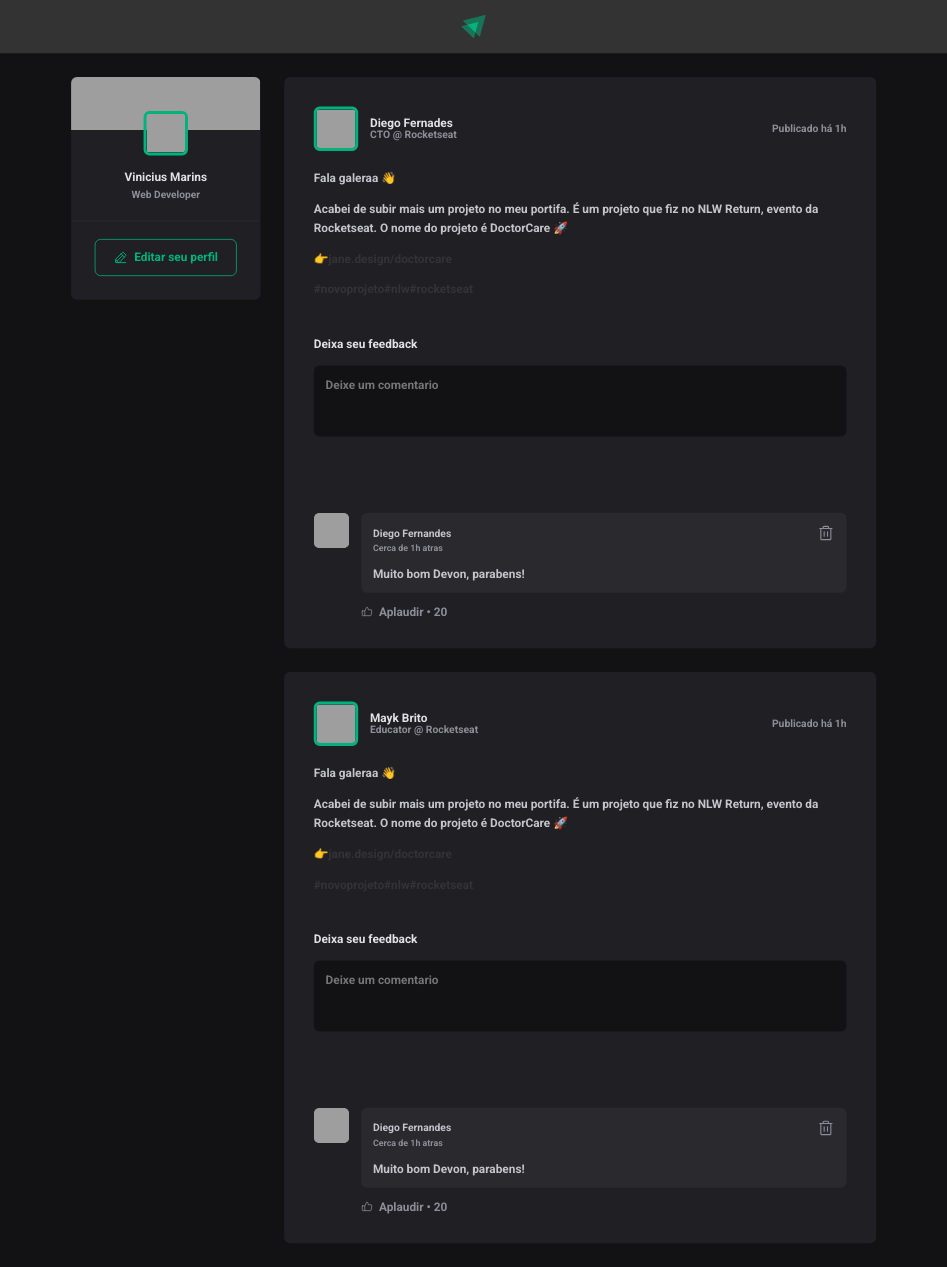
Repository: viniimartins/reactFundamentosRocketseat
Page: /
An editor plug-in stored every save of this project. The page is shown before and after a run of saves, followed by the edit.
The browser window is 1280 px wide. The pictures show the whole page, at 74% of full size.
Pictures or frames that could not be fetched are drawn as grey boxes. The project was rebuilt for these pictures with package versions that can differ from the ones it lists, and the page was loaded fresh each time. Also part of the build but not shown: vite.config.js.

Above is the page before, as saved 2023-05-02 13:26:25.

### index.html
<!DOCTYPE html>
<html lang="en">
  <head>
    <meta charset="UTF-8" />

    <link rel="preconnect" href="https://fonts.googleapis.com">
    <link rel="preconnect" href="https://fonts.gstatic.com" crossorigin>

    <link rel="icon" type="image/svg+xml" href="/vite.svg" />
    <meta name="viewport" content="width=device-width, initial-scale=1.0" />


    <link href="https://fonts.googleapis.com/css2?family=Montserrat&family=Roboto:wght@700&display=swap" rel="stylesheet">


    <title>Vite + React</title>
  </head>
  <body>
    <div id="root"></div>
    <script type="module" src="/src/main.jsx"></script>
  </body>
</html>

### src/App.jsx
import { Header } from './Components/Header'
import { Sidebar } from './Components/Sidebar'
import { Post } from './Components/Post'

import styles from './App.module.css'

import './global.css'

// author : { avatar_url: "", name: "", role: ""}
// publishedAt: Date
// content : String




const posts = [
  {
    id: 1,
    author: {
      avatarUrl: 'https://avatars.githubusercontent.com/u/84347013?v=4',
      name: "Diego Fernades",
      role: 'CTO @ Rocketseat'
    },
    content: [
      { type: 'paragraph', content: "Fala galeraa 👋", },
      { type: 'paragraph', content: "Acabei de subir mais um projeto no meu portifa. É um projeto que fiz no NLW Return, evento da Rocketseat. O nome do projeto é DoctorCare 🚀," },
      { type: 'link', content: 'jane.design/doctorcare' },
    ],
    publishedAt: new Date('2023-05-02 20:00:00')
  },
  {
    id: 2,
    author: {
      avatarUrl: 'https://github.com/maykbrito.png',
      name: "Mayk Brito",
      role: 'Educator @ Rocketseat'
    },
    content: [
      { type: 'paragraph', content: "Fala galeraa 👋", },
      { type: 'paragraph', content: "Acabei de subir mais um projeto no meu portifa. É um projeto que fiz no NLW Return, evento da Rocketseat. O nome do projeto é DoctorCare 🚀," },
      { type: 'link', content: 'jane.design/doctorcare' },
    ],
    publishedAt: new Date('2023-05-04 20:00:00')
  },
];


function App() {
  return (
    <>
      <div>
        <Header />

        <div className={styles.wrapper}>
          <Sidebar />
          <main>
            {posts.map(post => {
              return (
                <Post
                  key={post.id}
                  author={post.author}
                  content={post.content}
                  publishedAt={post.publishedAt}
                />
              )
            })}
          </main>
        </div>
      </div>

    </>
  )

}

export default App

### src/Components/Header.jsx
import styles from './Header.module.css';
import igniteLogo from '../assets/ignite-logo.svg'

export function Header() {
    return (
        <header className={styles.header}>
            <img src={igniteLogo}></img>
        </header>
    );
}

### src/Components/Sidebar.jsx
import { PencilLine } from "phosphor-react";

import styles from './Sidebar.module.css'
import { Avatar } from "./Avatar";

export function Sidebar() {
    return (
        <aside className={styles.sidebar}>
            <img
                className={styles.cover}
                src="https://images.unsplash.com/photo-1587620962725-abab7fe55159?ixlib=rb-4.0.3&ixid=MnwxMjA3fDB8MHxwaG90by1wYWdlfHx8fGVufDB8fHx8&auto=format&fit=crop&w=500&q=50"
            />
            <div className={styles.profile}>
                <Avatar src="https://avatars.githubusercontent.com/u/84347013?v=4" />
                <strong>Vinicius Marins</strong>
                <span>Web Developer</span>
            </div>

            <footer>
                <a href="#">
                    <PencilLine size={20} />
                    Editar seu perfil</a>
            </footer>
        </aside>
    )
}

### src/Components/Post.jsx
import styles from './Post.module.css'
import { Comment } from './Comment'
import { Avatar } from './Avatar'


export function Post({ author, publishedAt }) {
    return (
        <article className={styles.post}>
            <header>
                <div className={styles.author}>
                    <Avatar src={author.avatarUrl} />
                    <div className={styles.authorInfo}>
                        <strong>{author.name}</strong>
                        <span>{author.role}</span>
                    </div>
                </div>
                <time title="11 de Maio ás 08:13" dateTime="2022-05-11 08:13:30">
                    Publicado há 1h
                </time>
            </header>


            <div className={styles.content}>
                <p> Fala galeraa 👋</p>
                <p>Acabei de subir mais um projeto no meu portifa. É um projeto que fiz no NLW Return, evento da Rocketseat. O nome do projeto é DoctorCare 🚀</p>
                <p>👉<a href="">jane.design/doctorcare</a></p>
                <p>
                    <a href="">#novoprojeto</a>{''}
                    <a href="">#nlw</a>{''}
                    <a href="">#rocketseat</a>
                </p>
            </div>

            <form className={styles.commentForm}>
                <strong>Deixa seu feedback</strong>

                <textarea
                    placeholder='Deixe um comentario'
                />

                <footer>
                    <button type="submit">Publicar</button>
                </footer>
            </form>

            <div className={styles.commentList}>
                <Comment />
            </div>
        </article>
    )
}

### src/global.css
:root {
  --white: #fff;

  --gray-100: #e1e1e6;
  --gray-300: #c4c4cc;
  --gray-400: #8d8d99;
  --gray-500: #323238;
  --gray-700: #29292e;
  --gray-800: #202024;
  --gray-900: #121214;

  --green-500: #00b37e;
  --green-300: #00875f;

  --red-500: #f75a68
}

:focus {
  outline: transparent;
  box-shadow: 0 0 0 2px var(--green-500);
}

* {
  margin: 0;
  padding: 0;
  box-sizing: border-box;
}

body {
  background: var(--gray-900);
  color: var(--gray-300);
  -webkit-font-smoothing: antialiased;
}

body,
input,
textarea,
button {
  font-family: "Roboto", sans-serif;
  font-weight: 400;
  font-size: 1rem;
}

### src/Components/Header.module.css
.header {
    background: #333;
    display: flex;
    justify-content: center;
    padding: 1.25rem 0
}

.header img {
    height: 2rem;
}

### src/Components/Sidebar.module.css
.sidebar {
  background: var(--gray-800);
  border-radius: 8px;
  overflow: hidden;
}

.cover {
  width: 100%;
  height: 72px;
  object-fit: cover;
}

.profile {
  display: flex;
  flex-direction: column;
  align-items: center;

  margin-top: calc(0px - 1.5rem - 6px);
}

.profile strong {
  margin-top: 1rem;
  color: var(--gray-100);
  line-height: 1.6;
}

.profile span {
  font-size: 0.857rem;
  color: var(--gray-400);
  line-height: 1.6;
}

.sidebar footer {
  border-top: 1px solid var(--gray-700);
  margin-top: 1.5rem;
  padding: 1.5rem 2rem 2rem;
}

.sidebar footer a {
  background: transparent;
  color: var(--green-500);
  border: 1px solid var(--green-500);
  border-radius: 8px;
  height: 50px;
  padding: 0 1.5rem;
  font-weight: bold;
  display: block;
  text-decoration: none;

  display: flex;
  align-items: center;
  justify-content: center;

  gap: 0.5rem;

  transition: color 0.1s, background-color 0.1s;
}

.sidebar footer a:hover {
  background: var(--green-500);
  color: var(--white);
}

### src/Components/Avatar.jsx
import styles from './Avatar.module.css';

export function Avatar({ hasBorder = true, src }) {
    return (
        <img
            className={hasBorder ? styles.avatarWithBorder : styles.avatar}
            src={src}
        />
    )
}

### src/Components/Post.module.css
.post {
  background: var(--gray-800);
  border-radius: 8px;
  padding: 2.5rem;
}

.post + .post {
  margin-top: 2rem;
}

.content {
  line-height: 1.6;
  color: var(--gray-300);
  margin-top: 1.5rem;
}

.content p {
  margin-top: 1rem;
}

.content a {
  font-weight: bold;
  color: var(--gray-500);
  text-decoration: none;
}

.content a:hover {
  color: var(--gray-300);
}

.post > header {
  display: flex;
  align-items: center;
  justify-content: space-between;
}

.post > header time {
  font-size: 0.875rem;
  color: var(--gray-400);
}

.author {
  display: flex;
  align-items: center;
  gap: 1rem;
}

.authorInfo strong {
  display: block;
  color: var(--gray-100);
  line-height: 1;
}

.authorInfo span {
  display: block;
  font-size: 0.875rem;
  color: var(--gray-400);
  line-height: 1;
}

.commentForm {
  width: 100%;
  margin-top: 1.5rem;
  padding-top: 1.5rem;
  border-top: 1px solid var(--gray-600);
}

.commentForm > strong {
  line-height: 1.6;
  color: var(--gray-100);
}

.commentForm textarea {
  width: 100%;
  background-color: var(--gray-900);
  border: 0px;
  resize: none;
  height: 6rem;
  padding: 1rem;
  border-radius: 8px;
  color: var(--gray-100);
  line-height: 1.4;
  margin-top: 1rem;
}

.commentForm button[type="submit"] {
  padding: 1rem 1.5rem;
  margin-top: 1rem;
  border-radius: 8px;
  border: 0;
  background-color: var(--green-500);
  color: var(--white);
  font-weight: bold;
  cursor: pointer;
  transition: background-color 0.1s;
}

.commentForm footer {
  visibility: hidden;
  max-width: 0;
}

.commentForm:focus-within footer {
  visibility: visible;
  max-width: none;
}

.commentForm button[type="submit"]:hover {
  background-color: var(--green-300);
}

.commentList {
  margin-top: 2rem;
}

### src/Components/Comment.jsx
import { ThumbsUp, Trash } from 'phosphor-react'
import styles from './Comment.module.css'
import { Avatar } from './Avatar'

export function Comment() {
    return (
        <div className={styles.comment}>
            <Avatar hasBorder={false} src="https://avatars.githubusercontent.com/u/84347013?v=4" alt="" />

            <div className={styles.commentBox}>
                <div className={styles.commentContent}>
                    <header>
                        <div className={styles.authorAndTime}>
                            <strong>Diego Fernandes</strong>
                            <time title="11 de Maio ás 08:13" dateTime="2022-05-11 08:13:30">Cerca de 1h atras</time>
                        </div>

                        <button title='Deletar comentario'>
                            <Trash size={24} />
                        </button>
                    </header>
                    <p>
                        Muito bom Devon, parabens!
                    </p>
                </div>
                <footer>
                    <button>
                        <ThumbsUp />
                        Aplaudir <span>20</span>
                    </button>
                </footer>
            </div>
        </div>
    )
}

### src/Components/Avatar.module.css
.avatar {
  width: 3rem;
  height: 3rem;
  border-radius: 8px;
}

.avatarWithBorder {
  width: calc(3rem + 12px);
  height: calc(3rem + 12px);
  border-radius: 8px;
  border: 4px solid var(--gray-800);
  border: 4px solid var(--green-500);
}

### src/Components/Comment.module.css
.comment {
  margin-top: 1.5rem;
  display: flex;
  gap: 1rem;
}

.comment > img {
  width: 3rem;
  height: 3rem;
  border-radius: 8px;
}

.commentBox {
  flex: 1;
}

.commentContent {
  background: var(--gray-700);
  border-radius: 8px;
  padding: 1rem;
}

.commentContent > header {
  display: flex;
  align-items: flex-start;
  justify-content: space-between;
}

.authorAndTime {
  display: flex;
  flex-direction: column;
}

.authorAndTime strong {
  display: block;
  font-size: 0.875rem;
  line-height: 1.6;
}

.authorAndTime time {
  display: block;
  font-size: 0.75rem;
  line-height: 1.6;
  color: var(--gray-400);
}

.commentContent header button {
  background: transparent;
  border: 0;
  color: var(--gray-400);
  cursor: pointer;
  line-height: 0;
  border-radius: 4px;
}

.commentContent header button:hover {
  color: var(--red-500);
}

.commentContent p {
  margin-top: 1rem;
  color: var(--gray-300);
}

.commentBox footer {
  margin-top: 1rem;
}

.commentBox footer button {
  background: transparent;
  border: 0;
  color: var(--gray-400);
  cursor: pointer;

  display: flex;
  align-items: center;
  border-radius: 2px;
}

.commentBox footer button:hover {
    color: var(--green-300);

}

.commentBox footer button svg {
    margin-right: 0.5rem;
}

.commentBox footer button span::before {
    content: "\2022";
    padding: 0 0.25rem;
}

Loaded but not shown: src/main.jsx (common file); src/App.module.css (common file)

After the next 3 saves:
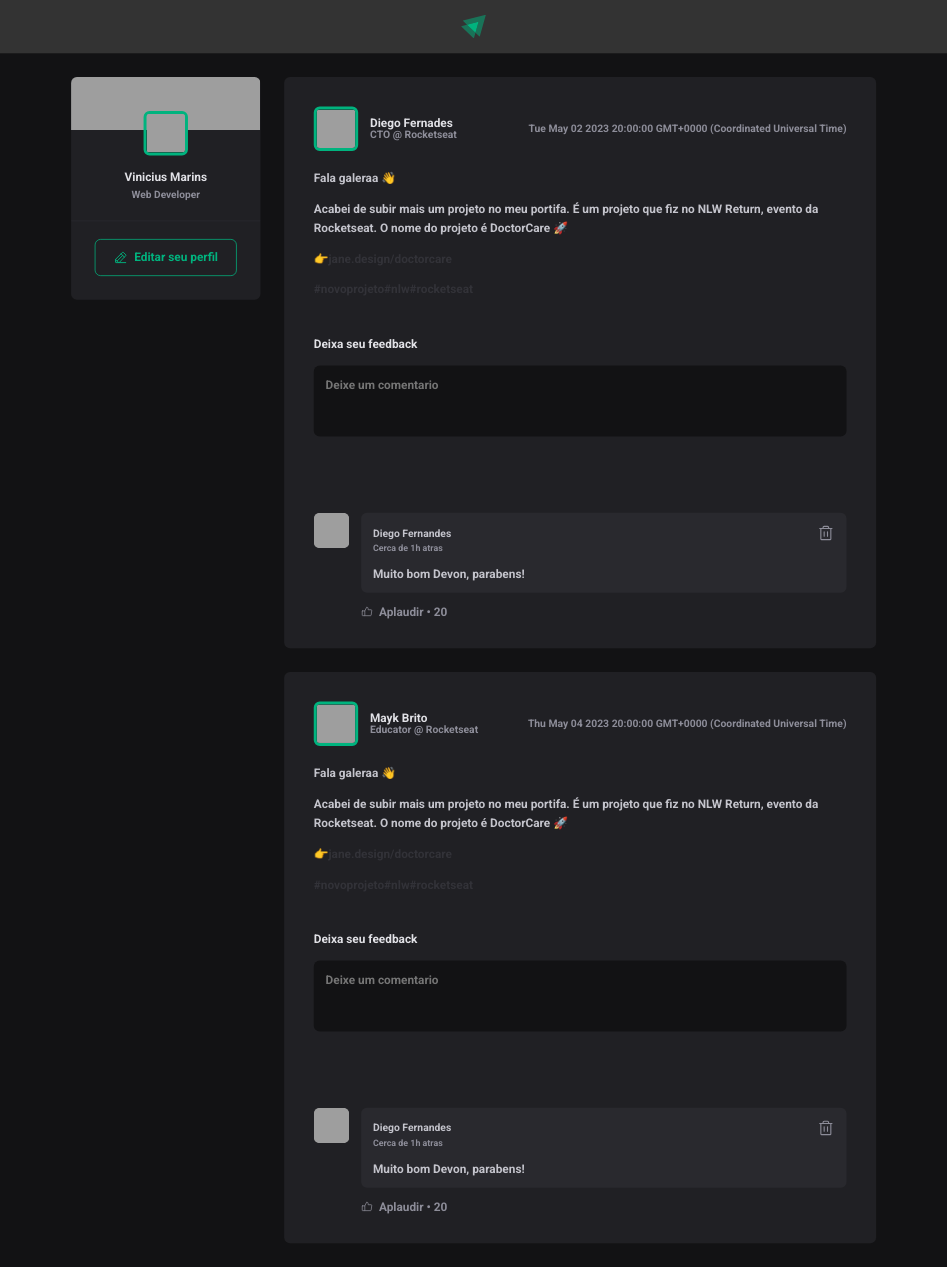
The 3 saves are shown as one change because they came seconds apart.
The last was saved 12 s later.
--- a/src/Components/Post.jsx
+++ b/src/Components/Post.jsx
@@ -15,7 +15,7 @@ export function Post({ author, publishedAt }) {
                     </div>
                 </div>
                 <time title="11 de Maio ás 08:13" dateTime="2022-05-11 08:13:30">
-                    Publicado há 1h
+                    {publishedAt.toString()}
                 </time>
             </header>
 
